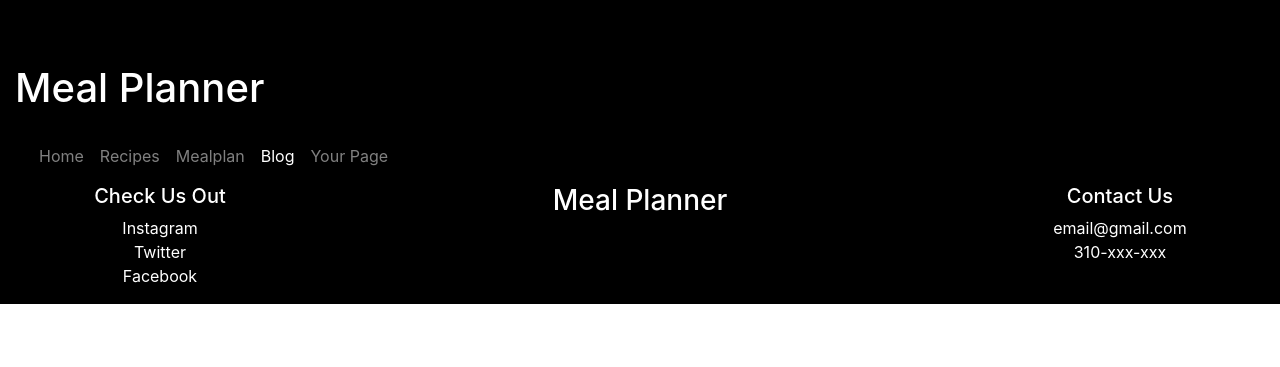
Repository: madisonisfan/mealplanner-react
Page: /blog
An editor plug-in stored every save of this project. The page is shown before and after the next save, followed by the edit.
The browser window is 1280 px wide. The pictures show the whole page.
The project was rebuilt for these pictures with package versions that can differ from the ones it lists, and the page was loaded fresh each time. Also part of the build but not shown: src/components/HomeComponent.js, src/components/RecipePageComponent.js.

Above is the page before, as saved 2021-04-22 11:50:32.

### src/index.js
import React from "react";
import ReactDOM from "react-dom";
import "./index.css";
import App from "./App";
import reportWebVitals from "./reportWebVitals";
import "bootstrap/dist/css/bootstrap.min.css";

ReactDOM.render(
  //changed React.StrictMode to React.Fragment
  <React.Fragment>
    <App />
  </React.Fragment>,
  document.getElementById("root")
);

// If you want to start measuring performance in your app, pass a function
// to log results (for example: reportWebVitals(console.log))
// or send to an analytics endpoint. Learn more: https://bit.ly/CRA-vitals
reportWebVitals();

### src/App.js
import React, { Component } from "react";
import "./App.css";
import Main from "./components/MainComponent";
import { BrowserRouter } from "react-router-dom";
import { Provider } from "react-redux";
import { ConfigureStore } from "./redux/configureStore";

const store = ConfigureStore();

class App extends Component {
  render() {
    return (
      <Provider store={store}>
        <BrowserRouter>
          <div className="App">
            <Main />
          </div>
        </BrowserRouter>
      </Provider>
    );
  }
}

export default App;

### src/App.css
.jumbotron {
  height: 100px;
  margin: 0px !important;
  background-color: black !important;
  color: white;
}

.navbar {
  background-color: black;
}

.site-footer {
  background-color: black;
  color: white;
}

.meal-type-buttons {
  background-color: aquamarine;
}

.meal-type-buttons Link {
  color: black;
}

### src/components/MainComponent.js
import React, { Component } from "react";
import Home from "./HomeComponent";
import MainHeader from "./HeaderComponent";
import Footer from "./FooterComponent";
import MainBlogPage from "./BlogComponent";
import { Switch, Route, Redirect, withRouter } from "react-router-dom";
import { connect } from "react-redux";
import MainRecipePage from "./RecipePageComponent";

const mapStateToProps = (state) => {
  return {
    recipes: state.recipes,
    mealTypes: state.mealTypes,
  };
};

class Main extends Component {
  render() {
    const RecipeWithMealType = ({ match }) => {
      const type = match.params.mealType;
      const selectedTypeTitle = this.props.mealTypes
        .filter((typeObj) => typeObj.mealType === type)
        .map((typeObj) => typeObj.title);

      if (type === "allRecipes") {
        return (
          <MainRecipePage
            selectedType="All Recipes"
            mealTypes={this.props.mealTypes}
            recipes={this.props.recipes}
          />
        );
      } else {
        return (
          <MainRecipePage
            selectedType={selectedTypeTitle}
            mealTypes={this.props.mealTypes}
            recipes={this.props.recipes.filter(
              (recipe) => recipe.mealType === match.params.mealType
            )}
          />
        );
      }
    };

    return (
      <React.Fragment>
        <MainHeader />
        <Switch>
          <Route path="/home" component={Home} />
          <Route path="/recipes/:mealType" component={RecipeWithMealType} />
          <Route path="/blog" />
          <Redirect to="/home" />
        </Switch>
        <Footer />
      </React.Fragment>
    );
  }
}
export default withRouter(connect(mapStateToProps)(Main));

### src/components/HeaderComponent.js
import React, { Component } from "react";
import {
  Jumbotron,
  Navbar,
  NavbarBrand,
  NavItem,
  NavbarToggler,
  Collapse,
  Nav,
} from "reactstrap";
import { NavLink } from "react-router-dom";

function MainHeader(props) {
  return (
    <React.Fragment>
      <Jumbotron fluid>
        <div className="container-fluid">
          <div className="row  align-items-center">
            <div className="col">
              <h1>Meal Planner</h1>
            </div>
          </div>
        </div>
      </Jumbotron>
      <MainNav />
    </React.Fragment>
  );
}

class MainNav extends Component {
  constructor(props) {
    super(props);
    this.state = {
      isNavOpen: false,
    };
  }
  toggleNav() {
    this.setState({ isNavOpen: !this.state.isNavOpen });
  }

  render() {
    return (
      <Navbar dark sticky="top" expand="md">
        <div className="container-fluid">
          <NavbarToggler onClick={this.toggleNav}></NavbarToggler>
          <Collapse isOpen={this.state.isNavOpen} navbar>
            <Nav navbar>
              <NavItem>
                <NavLink className="nav-link" to="/home">
                  Home
                </NavLink>
              </NavItem>
              <NavItem>
                <NavLink className="nav-link" to="/recipes/allRecipes">
                  Recipes
                </NavLink>
              </NavItem>
              <NavItem>
                <NavLink className="nav-link" to="/mealplan">
                  Mealplan
                </NavLink>
              </NavItem>
              <NavItem>
                <NavLink className="nav-link" to="/blog">
                  Blog
                </NavLink>
              </NavItem>
              <NavItem>
                <NavLink className="nav-link" to="/yourpage">
                  Your Page
                </NavLink>
              </NavItem>
            </Nav>
          </Collapse>
        </div>
      </Navbar>
    );
  }
}

export default MainHeader;

### src/components/FooterComponent.js
import React from "react";

function Footer(props) {
  return (
    <footer className="site-footer">
      <div className="container-fluid">
        <div className="row">
          <div className="col col-sm-3 text-center">
            <h5>Check Us Out</h5>
            <ul class="list-unstyled">
              <li>Instagram</li>
              <li>Twitter</li>
              <li>Facebook</li>
            </ul>
          </div>

          <div class="col-6 text-center d-none d-sm-block">
            <h3>Meal Planner</h3>
          </div>

          <div class="col col-sm-3 text-center">
            <h5>Contact Us</h5>
            <ul class="list-unstyled">
              <li>
                <a>email@gmail.com</a>
              </li>
              <li>
                <a>310-xxx-xxx</a>
              </li>
            </ul>
          </div>
        </div>
      </div>
      {/*Container */}
    </footer>
  );
}

export default Footer;

### src/redux/reducer.js
//import arrays
import { RECIPES } from "../shared/recipes";
import { MEALTYPES } from "../shared/mealTypes";

export const initialState = {
  recipes: RECIPES,
  mealTypes: MEALTYPES,
};

export const Reducer = (state = initialState, action) => {
  return state;
};

### src/shared/recipes.js
export const RECIPES = [
  {
    id: 0,
    name: "pasta",
    mealType: "lunchDinner",
    description: "yummy pasta",
  },
  {
    id: 1,
    name: "salad",
    mealType: "lunchDinner",
    description: "healthy salad",
  },
  {
    id: 2,
    name: "pancakes",
    mealType: "breakfast",
    description: "pancakessss",
  },
];

### src/shared/mealTypes.js
export const MEALTYPES = [
  {
    id: 0,
    mealType: "allRecipes",
    title: "All Recipes",
  },
  {
    id: 1,
    mealType: "breakfast",
    title: "Breakfast",
  },
  {
    id: 2,
    mealType: "lunchDinner",
    title: "Lunch & Dinner",
  },
  {
    id: 3,
    mealType: "snacks",
    title: "Snacks",
  },
  {
    id: 4,
    mealType: "drinks",
    title: "Drinks",
  },
];

### src/components/BlogComponent.js
import React, { Component } from "react";

class MainBlogPage extends Component {
  constructor(props) {
    super(props);
    this.state = {};
  }

  render() {
    return <div>Hello</div>;
  }
}

export default MainBlogPage;

Loaded but not shown: public/index.html (common file); src/index.css (common file); src/reportWebVitals.js (common file); src/redux/configureStore.js (common file)

After the next save:
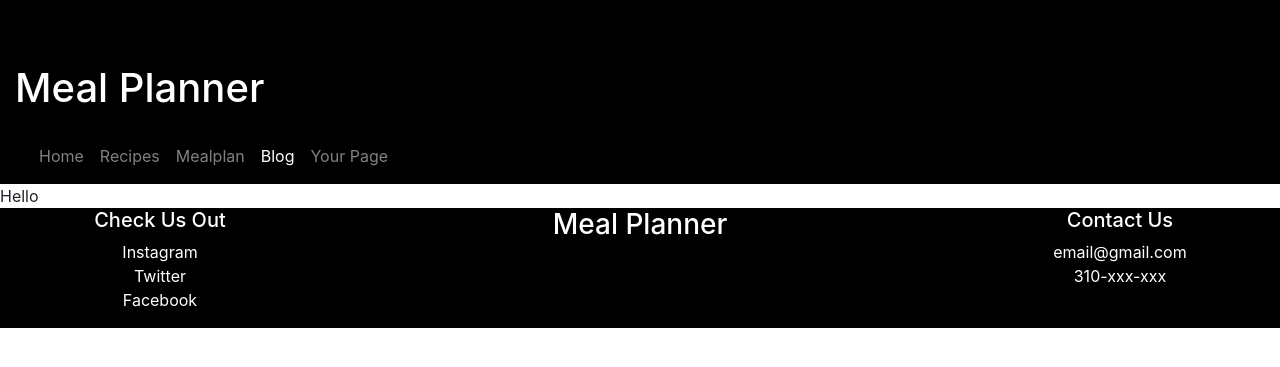
Saved 65 s later.
--- a/src/components/MainComponent.js
+++ b/src/components/MainComponent.js
@@ -49,7 +49,10 @@ class Main extends Component {
         <Switch>
           <Route path="/home" component={Home} />
           <Route path="/recipes/:mealType" component={RecipeWithMealType} />
-          <Route path="/blog" />
+          <Route
+            path="/blog"
+            render={() => <MainBlogPage posts={this.props.posts} />}
+          />
           <Redirect to="/home" />
         </Switch>
         <Footer />
